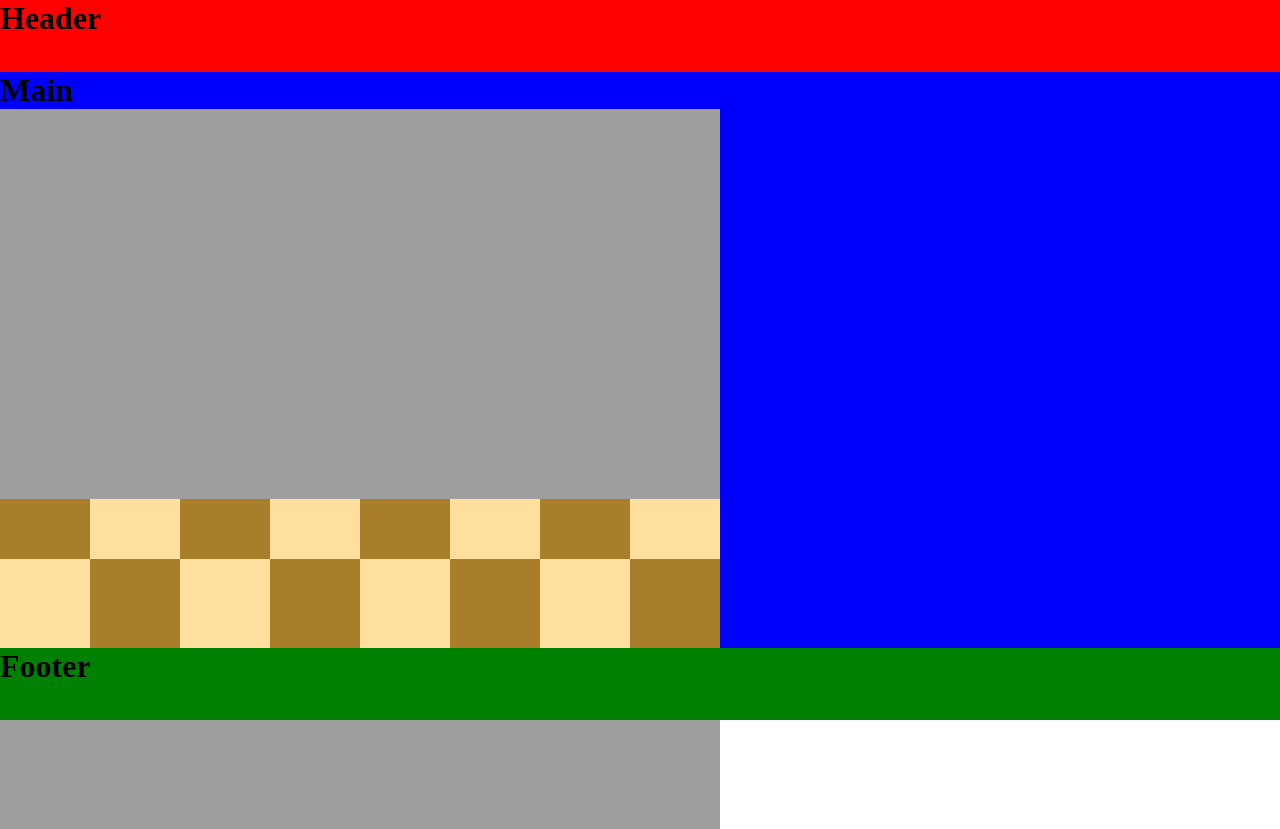
Repository: jameswilky/chess
Page: index.html
An editor plug-in stored every save of this project. The page is shown before and after the next save, followed by the edit.
The browser window is 1280 px wide. The pictures show the whole page.

Above is the page before, as saved 2018-11-22 08:38:07.

After the next save:
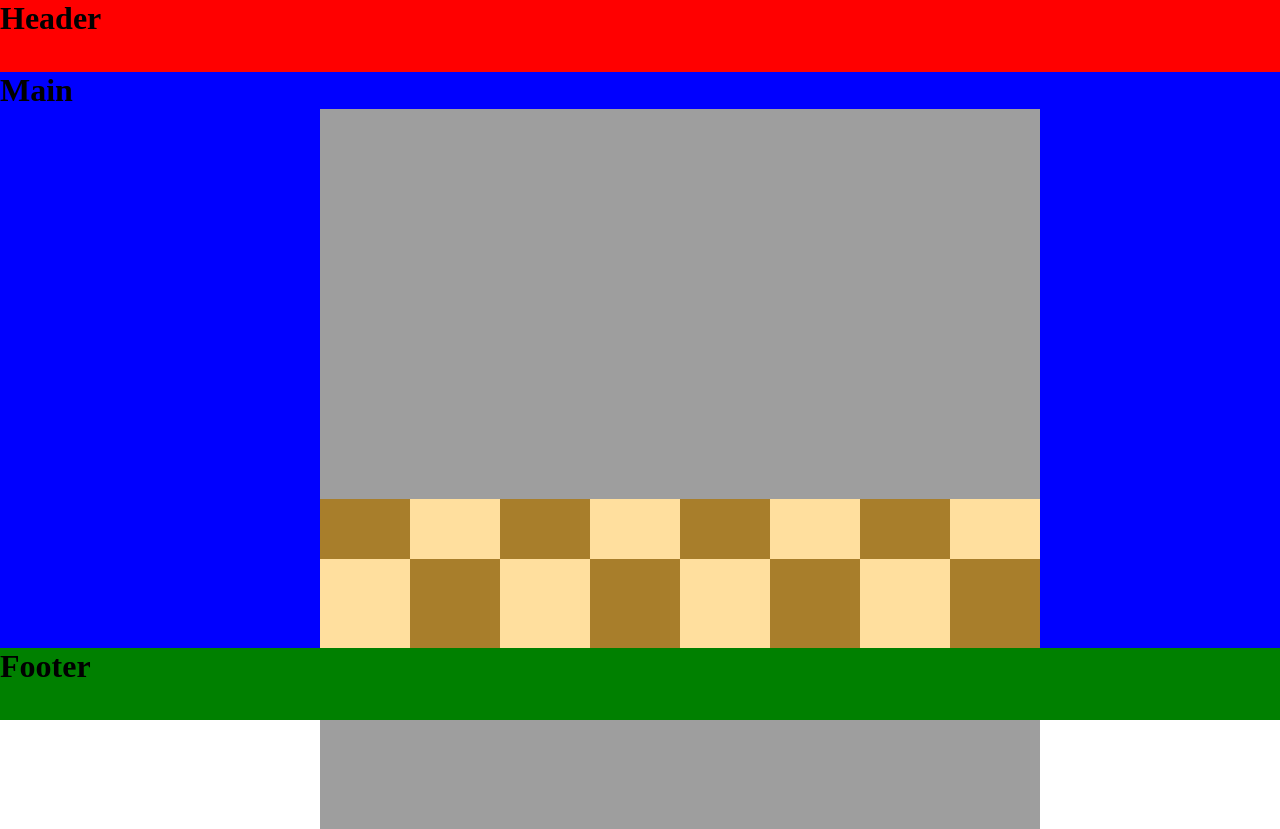
Saved 6 s later.
--- a/style.css
+++ b/style.css
@@ -16,7 +16,7 @@
   position: absolute;
   height: 720px;
   width: 720px;
-  margin:auto;
+  left:25%;
 }
 
 #board {
